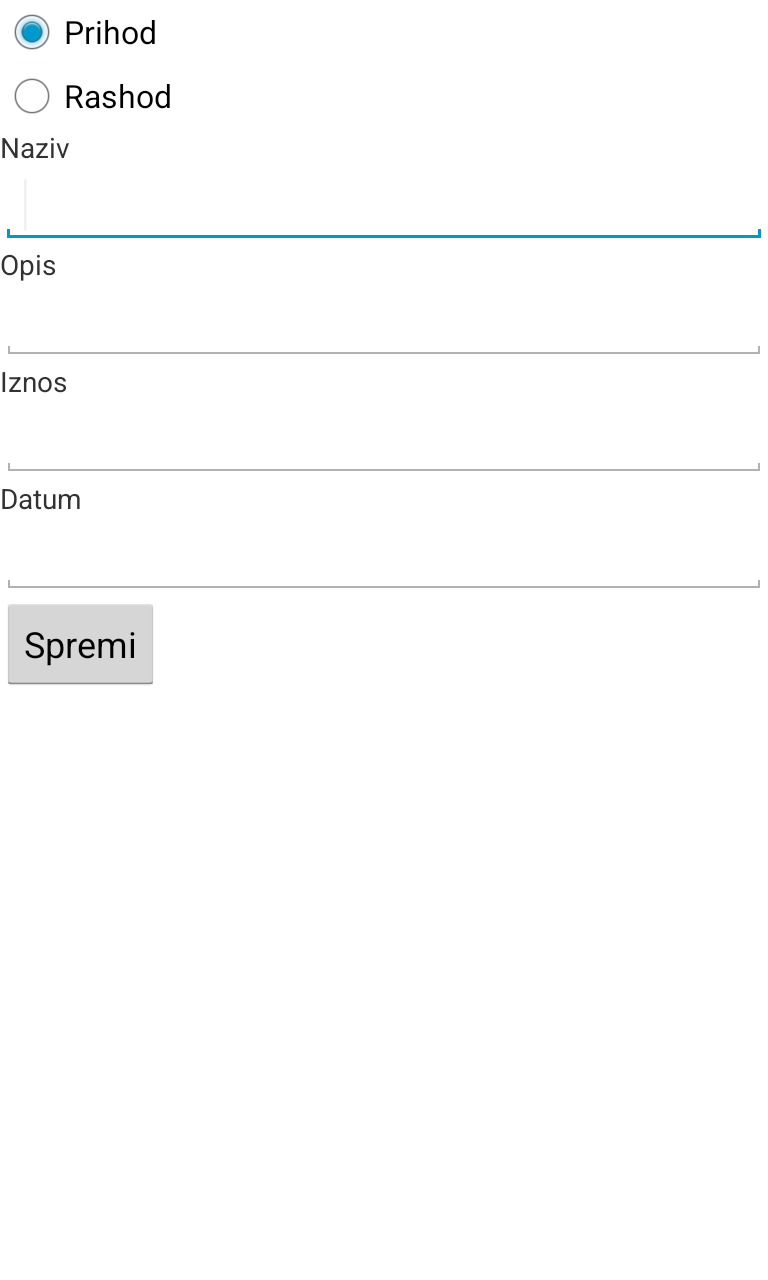
Repository: Anka123/OsobniBankar
Layout: Aplikacija/res/layout/dodajpir.xml
The author's editor kept a copy of each file at every save. The layout is drawn from the files as they stood at one save, then again after the next save.
It is drawn on a 768 x 1280 px phone screen (xhdpi) without system bars, with theme AppTheme; the app's code is not run.

Above is the layout before, as saved 2015-03-30 17:40:29.

### Aplikacija/res/layout/dodajpir.xml
<?xml version="1.0" encoding="utf-8"?>
<LinearLayout xmlns:android="http://schemas.android.com/apk/res/android"
    android:layout_width="match_parent"
    android:layout_height="match_parent"
    android:orientation="vertical" >

    <RadioGroup
        android:id="@+id/radioGroup2"
        android:layout_width="wrap_content"
        android:layout_height="wrap_content">

	    <RadioButton
	        android:id="@+id/rbPrihod"
	        android:layout_width="wrap_content"
	        android:layout_height="wrap_content"
	        android:checked="true"
	        android:text="@string/rbPrihod" />

	    <RadioButton
	        android:id="@+id/rbRashod"
	        android:layout_width="wrap_content"
	        android:layout_height="wrap_content"
	        android:text="@string/rbRashod" />

    </RadioGroup>

    <TextView
        android:id="@+id/txtNaziv"
        android:layout_width="wrap_content"
        android:layout_height="wrap_content"
        android:text="@string/txtNaziv" />

    <EditText
        android:id="@+id/etNaziv"
        android:layout_width="match_parent"
        android:layout_height="wrap_content"
        android:ems="10"
        android:inputType="text"  >

        <requestFocus />
    </EditText>

    <TextView
        android:id="@+id/txtOpis"
        android:layout_width="wrap_content"
        android:layout_height="wrap_content"
        android:text="@string/txtOpis" />

    <EditText
        android:id="@+id/etOpis"
        android:layout_width="match_parent"
        android:layout_height="wrap_content"
        android:ems="10"
        android:inputType="text"/>

    <TextView
        android:id="@+id/txtIznos"
        android:layout_width="wrap_content"
        android:layout_height="wrap_content"
        android:text="@string/txtIznos"
         />

    <EditText
        android:id="@+id/etIznos"
        android:layout_width="match_parent"
        android:layout_height="wrap_content"
        android:ems="10"
        android:inputType="text"/>

    <TextView
        android:id="@+id/txtDatum"
        android:layout_width="wrap_content"
        android:layout_height="wrap_content"
        android:text="@string/txtDatum"
         />

    <EditText
        android:id="@+id/etDatum"
        android:layout_width="match_parent"
        android:layout_height="wrap_content"
        android:ems="10"
        android:inputType="text"/>

    <Button
        android:id="@+id/btnSpremi"
        android:layout_width="wrap_content"
        android:layout_height="wrap_content"
        android:text="@string/btnSpremi" />

</LinearLayout>

### Aplikacija/res/values/strings.xml
<?xml version="1.0" encoding="utf-8"?>
<resources>

    <string name="app_name">Osobni Bankar</string>
    <string name="action_settings">Settings</string>

    <string name="hrvatski">HR</string>
    <string name="engleski">ENG</string>
	<string name="dobrodosli">Dobrodošli!</string>
	<string name="lozinkaUnos">Unesite lozinku:</string>
	<string name="lozinkaPotvrda">Potvrdite lozinku:</string>
	<string name="lozinkaHint">*****</string>
	<string name="sigurnosnoPitanje">Odaberite sigurnosno pitanje:</string>
    <string name="odgovor">Odgovor:</string>
    <string name="prijava">Prijava</string>
    <string name="zaboravljena">Zaboravili ste lozinku?</string>
    <string name="btnRegistracija">Registracija:</string>
    <string name="btnLogin">Prijava</string>

    <string name="btnPiR">Prihodi i Rashodi</string>
    <string name="btnPiD">Potraživanja i Dugovanja</string>
    <string name="btnTecaj">Tečajne liste</string>
    <string name="btnStednja">Štednja</string>
    <string name="btnGrafikoni">Grafikoni</string>
    <string name="btnIzvjestaji">Izvjestaji</string>
    <string name="btnDodajPiR">Dodaj novi</string>
    <string name="rbPrihod">Prihod</string>
    <string name="rbRashod">Rashod</string>
    <string name="txtNaziv">Naziv</string>
    <string name="txtOpis">Opis</string>
    <string name="txtIznos">Iznos</string>
    <string name="txtDatum">Datum</string>
    <string name="btnSpremi">Spremi</string>
    <string name="btnDodajPiD">Dodaj novi</string>
    <string name="btnPodmiri">Podmiri</string>
    <string name="rbPotrazivanje">Potrazivanje</string>
    <string name="rbDugovanje">Dugovanje</string>
    <string name="datum">Datum</string>

    <string name="noviUnos">Novi unos</string>
    <string name="txtSigpitanje">Sigurnosno pitanje:</string>
    <string name="txtPitanje">Pitanje</string>
    <string name="txtOdgovor">Odgovor:</string>
    <string name="btnProvjeri">Provjeri</string>
    <string name="zabLozinka">Zaboravljena lozinka</string>



    <string-array name="pitanje">
        <item>Ime kućnog ljubimca?</item>
        <item>Omiljeni okus sladoleda?</item>
        <item>Najbolji prijatelj?</item>
        <item>Najdraža boja?</item>
        <item>Omiljena agilna metodika?</item>

    </string-array>

</resources>

Loaded but not shown: Aplikacija/res/values/styles.xml (common file); Aplikacija/res/values-v11/styles.xml (common file); Aplikacija/res/values-v14/styles.xml (common file)

After the next save:
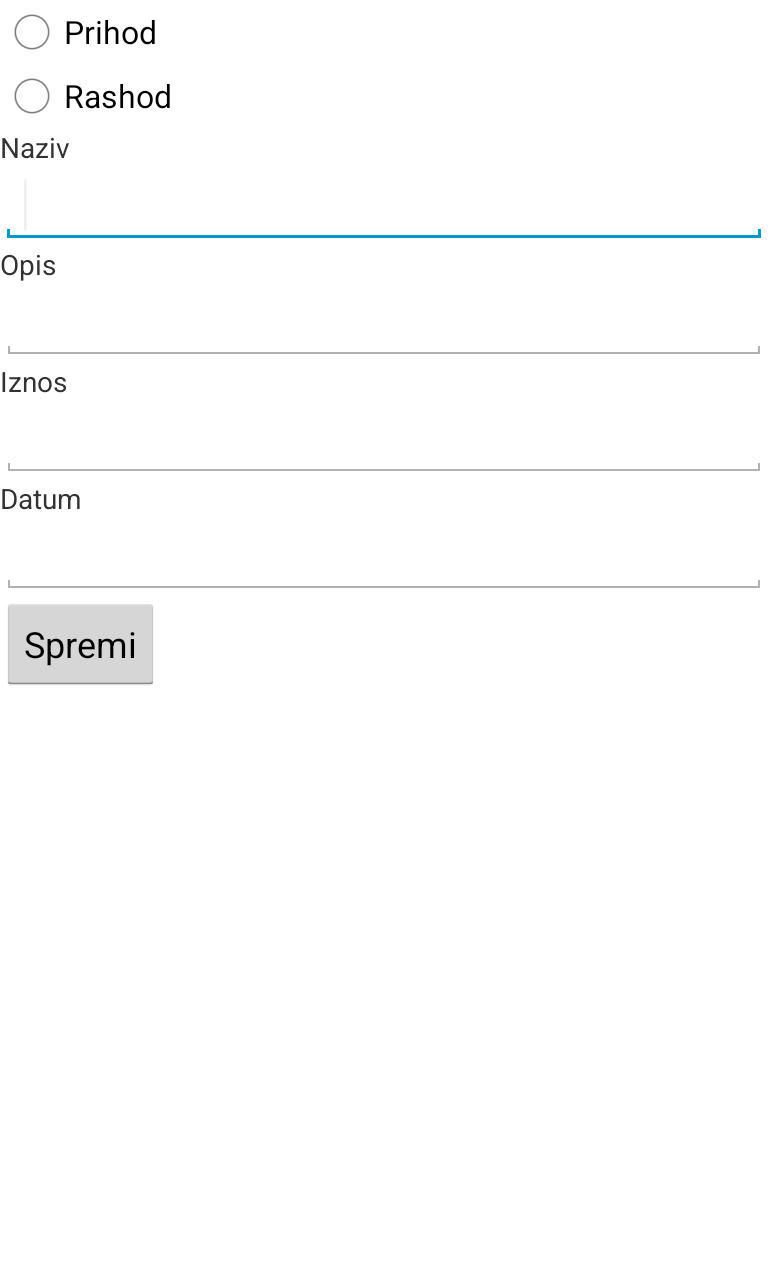
Saved 8 min 29 s later.
--- a/Aplikacija/res/layout/dodajpir.xml
+++ b/Aplikacija/res/layout/dodajpir.xml
@@ -13,7 +13,6 @@
 	        android:id="@+id/rbPrihod"
 	        android:layout_width="wrap_content"
 	        android:layout_height="wrap_content"
-	        android:checked="true"
 	        android:text="@string/rbPrihod" />
 
 	    <RadioButton
